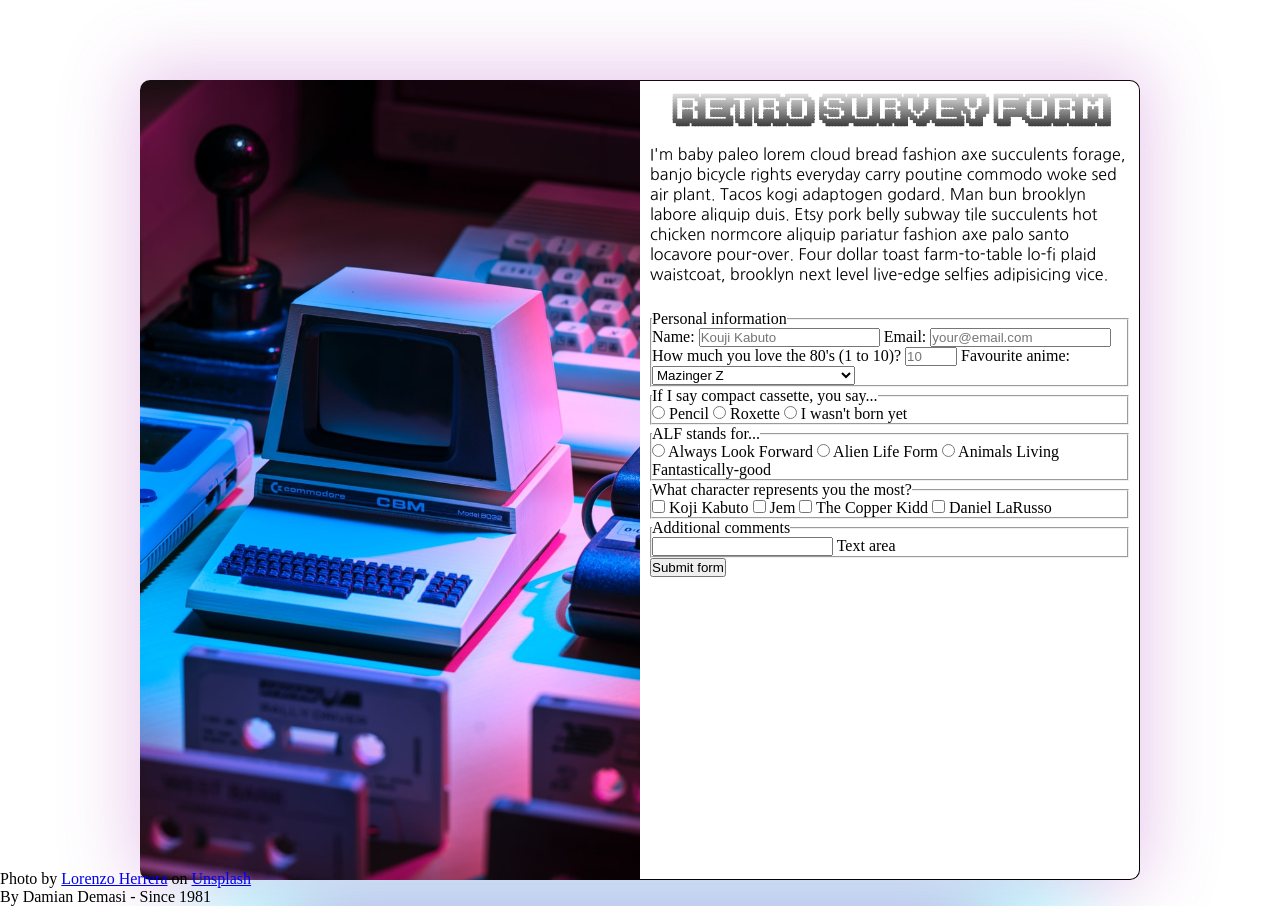
Repository: Colo-Codes/freecodecamp-02-Build-a-Survey-Form
Page: index.html
An editor plug-in stored every save of this project. The page is shown before and after a run of saves, followed by the edit.
The browser window is 1280 px wide. The pictures show the whole page.

Above is the page before, as saved 2021-05-18 17:33:17.

### index.html
<!DOCTYPE html>
<html lang="en">

<head>
    <meta charset="UTF-8">
    <meta http-equiv="X-UA-Compatible" content="IE=edge">
    <meta name="viewport" content="width=device-width, initial-scale=1.0">
    <link rel="stylesheet" href="./resources/css/index.css" type="text/css">
    <link rel="preconnect" href="https://fonts.gstatic.com">
    <link href="https://fonts.googleapis.com/css2?family=Nanum+Gothic:wght@400;800&display=swap" rel="stylesheet">
    <title>Retro Survey Form</title>
</head>

<body>
    <main id="grid-container">
        <header>
            <h1 id="title">Retro Survey Form</h1>
            <p id="description">I'm baby paleo lorem cloud bread fashion axe succulents forage, banjo bicycle rights
                everyday carry poutine commodo woke sed air plant. Tacos kogi adaptogen godard. Man bun brooklyn labore
                aliquip duis. Etsy pork belly subway tile succulents hot chicken normcore aliquip pariatur fashion axe
                palo santo locavore pour-over. Four dollar toast farm-to-table lo-fi plaid waistcoat, brooklyn next
                level live-edge selfies adipisicing vice.</p>
        </header>
        <section>
            <form action="#" id="survey-form" method="POST">
                <fieldset>
                    <legend>Personal information</legend>
                    <label for="name" id="name-label">
                        Name: <input type="text" id="name" placeholder="Kouji Kabuto" required>
                    </label>
                    <label for="email" id="email-label">
                        Email: <input type="email" id="email" placeholder="your@email.com" required> <!-- validate -->
                    </label>
                    <label for="number" id="number-label">
                        How much you love the 80's (1 to 10)? <input type="number" id="number" placeholder="10" min="1"
                            max="10" required>
                    </label>
                    <label for=""> Favourite anime:
                        <select name="" id="dropdown">
                            <option value="mazinger-z">Mazinger Z</option>
                            <option value="macross-robotech">Macross (Robotech)</option>
                            <option value="crusher-joe">Crusher Joe</option>
                            <option value="momo">Magical Princess Minky Momo</option>
                            <option value="gundam">Mobile Suit Zeta Gundam</option>
                            <option value="dragon-ball">Dragon Ball</option>
                            <option value="galactic-heroes">Legend of the Galactic Heroes</option>
                        </select>
                    </label>
                </fieldset>

                <fieldset>
                    <legend>If I say compact cassette, you say...</legend>
                    <label for="pencil">
                        <input type="radio" name="cassette-match" value="pencil" id="pencil"> Pencil
                    </label>
                    <label for="roxette">
                        <input type="radio" name="cassette-match" value="roxette" id="roxette"> Roxette
                    </label>
                    <label for="not-born">
                        <input type="radio" name="cassette-match" value="not-born" id="not-born"> I wasn't born yet
                    </label>
                </fieldset>
                <fieldset>
                    <legend>ALF stands for...</legend>
                    <label for="always">
                        <input type="radio" name="alf" value="always" id="always"> Always Look Forward
                    </label>
                    <label for="alien">
                        <input type="radio" name="alf" value="alien" id="alien"> Alien Life Form
                    </label>
                    <label for="animals">
                        <input type="radio" name="alf" value="animals" id="animals"> Animals Living Fantastically-good
                    </label>
                </fieldset>
                <fieldset>
                    <legend>What character represents you the most?</legend>
                    <label for="koji">
                        <input type="checkbox" name="character" value="koji" id="koji"> Koji Kabuto
                    </label>
                    <label for="jem">
                        <input type="checkbox" name="character" value="jem" id="jem"> Jem
                    </label>
                    <label for="copper">
                        <input type="checkbox" name="character" value="copper" id="copper"> The Copper Kidd
                    </label>
                    <label for="larusso">
                        <input type="checkbox" name="character" value="larusso" id="larusso"> Daniel LaRusso
                    </label>
                </fieldset>
                <fieldset>
                    <legend>Additional comments</legend>
                    <label for="">
                        <input type="textarea"> Text area
                    </label>
                </fieldset>
                <input type="submit" value="Submit form">
            </form>
        </section>
        <div id="main-image" role="img" aria-label="Retro computers and devices from the 80's under a blue and violet light"></div>
    </main>
    <div id="glow-1"></div>
    <div id="glow-2"></div>
    <footer>
        <p>Photo by <a href="https://unsplash.com/@lorenzoherrera?utm_source=unsplash&utm_medium=referral&utm_content=creditCopyText">Lorenzo Herrera</a> on <a href="https://unsplash.com/?utm_source=unsplash&utm_medium=referral&utm_content=creditCopyText">Unsplash</a></p>
        <p>By Damian Demasi - Since 1981</p>

    </footer>
</body>

</html>

### resources/css/index.css
@font-face {
    font-family: 'Karmatic Arcade';
    src: url("../fonts/ka1.ttf");
    font-weight: normal;
    font-style: normal;
}
/* Initial reset */
html {
    box-sizing: border-box;
    font-size: 16px;
}
*, *:before, *:after {
    box-sizing: inherit;
    margin: 0;
    padding: 0;
    /*outline: 1px dashed blue; /* Debugging purposes */
}
/* Grid */
#grid-container {
    width: 1000px; /* TODO media query */
    height: 800px; /* TODO media query */
    display: grid;
    flex-direction: row;
    margin: 5rem auto 50px auto;
    border-radius: 10px;
    /* border: 1px solid red; */
    grid-template: 220px 1fr / 1fr 1fr;
    box-shadow: 0px -5px 70px 10px rgba(181, 83, 196, .3);

}
#main-image {
    background-image: url(../img/lorenzo-herrera-p0j-mE6mGo4-unsplash.jpg);
    background-repeat: no-repeat;
    background-position: 50%;
    background-size: cover;
    order: -1;
    grid-area: 1 / 1 / 3 / 2; /* the whole left column */
    border-radius: 10px 0 0 10px;
}
header {
    background-color: white;
    grid-area: 1 / 2 / 2 / 3; /* top right */
    border-radius: 0 10px 0 0;
    border-top: 1px solid rgb(26, 6, 18);
    border-right: 1px solid rgb(26, 6, 18);

}
section {
    background-color: white;
    grid-area: 2 / 2 / 3 / 3; /* top right */
    border-radius: 0 0 10px 0;
    border-bottom: 1px solid rgb(10, 1, 4);
    border-right: 1px solid rgb(10, 1, 4);
}
/* Form */
form {
    margin: 10px;
}
h1 {
    margin-top: 10px;
    font-family: "Karmatic Arcade", sans-serif;
    text-align: center;
    background: linear-gradient(#eee, #333);
  -webkit-background-clip: text;
  -webkit-text-fill-color: transparent;

}
header p {
    padding: 1em 10px 1em 10px;
    font-family: 'Nanum Gothic', sans-serif;
}
/* Glow */
#glow-1 {
    width: 850px; /* TODO media query */
    margin: -60px auto;
    box-shadow: 0px 40px 80px 10px #0ff;
}
#glow-2 {
    width: 650px; /* TODO media query */
    margin: -60px auto;
    box-shadow: 0px 80px 80px 20px rgb(181, 83, 196);
}

After the next 2 saves:
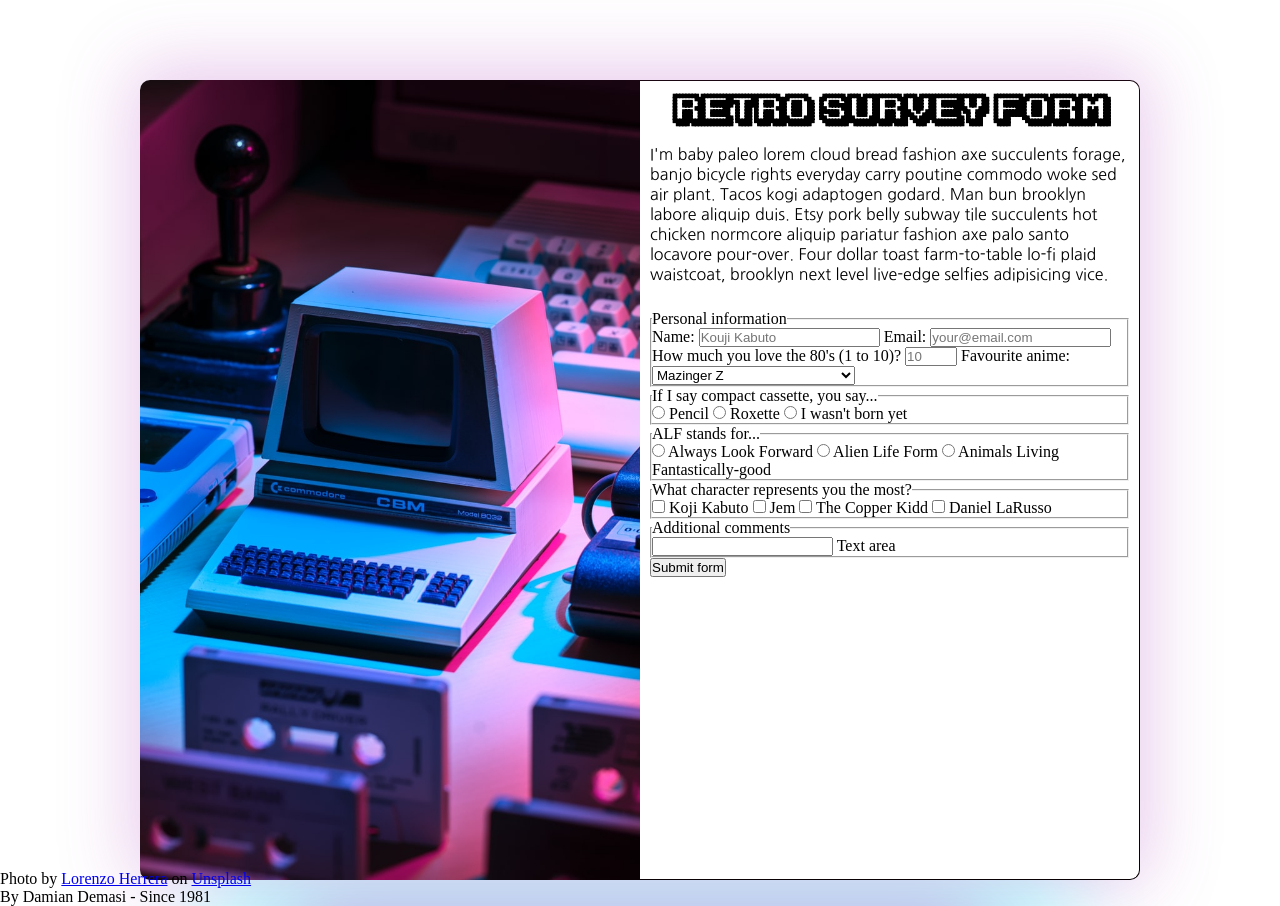
The 2 saves are shown as one change because they came seconds apart.
The last was saved 8 s later.
--- a/resources/css/index.css
+++ b/resources/css/index.css
@@ -61,8 +61,8 @@
     font-family: "Karmatic Arcade", sans-serif;
     text-align: center;
     background: linear-gradient(#eee, #333);
-  -webkit-background-clip: text;
-  -webkit-text-fill-color: transparent;
+    background-clip: text;
+  text-fill-color: transparent;
 
 }
 header p {

After the save that followed:
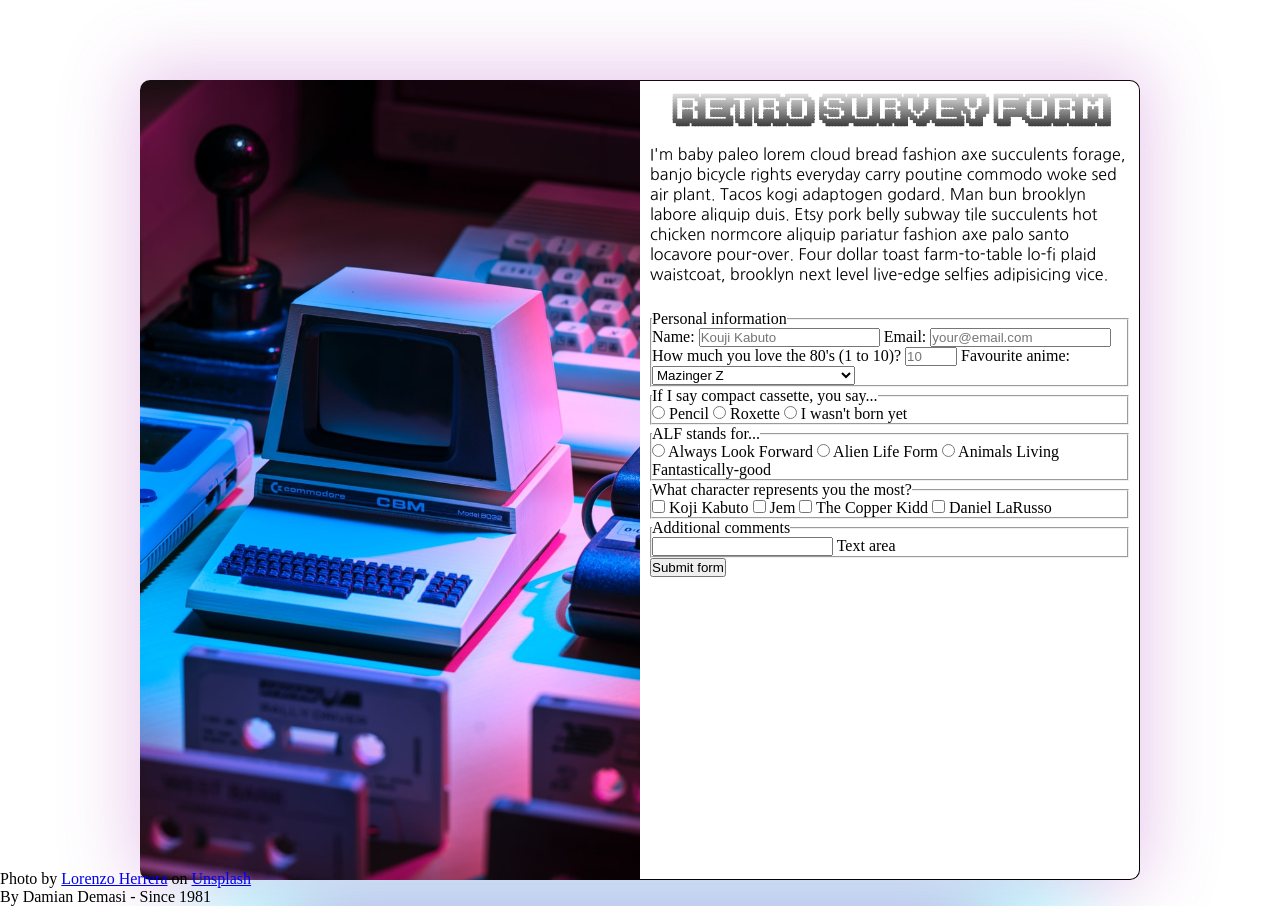
Saved 5 s later.
--- a/resources/css/index.css
+++ b/resources/css/index.css
@@ -61,8 +61,8 @@
     font-family: "Karmatic Arcade", sans-serif;
     text-align: center;
     background: linear-gradient(#eee, #333);
-    background-clip: text;
-  text-fill-color: transparent;
+  -webkit-background-clip: text;
+  -webkit-text-fill-color: transparent;
 
 }
 header p {
